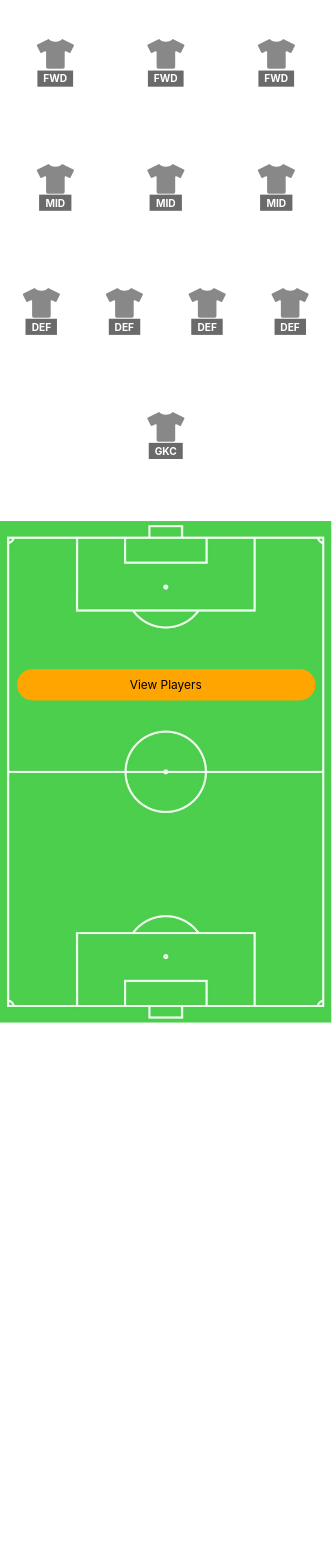
Repository: JavaidAhmadKhan/UEFA
Screen: /
These files come from the project's save history. The screen is drawn as it stood at one moment and after a run of saves; the edit follows.
The pictures are shown at 85% of full size.
The app was drawn by React Native's web renderer in a window 390 px wide. The project was rebuilt for these pictures with package versions that can differ from the ones it lists, and the page was loaded fresh each time. Some packages were replaced by stand-ins written for this rebuild.

Above is the screen before, as saved 2021-07-07 11:56:28.

### App.tsx
import "react-native-gesture-handler";
import { StatusBar } from "expo-status-bar";
import React from "react";
import { SafeAreaProvider } from "react-native-safe-area-context";

import useCachedResources from "./hooks/useCachedResources";
import useColorScheme from "./hooks/useColorScheme";
import TabOneScreen from "./screens/TabOneScreen";

export default function App() {
  const isLoadingComplete = useCachedResources();
  const colorScheme = useColorScheme();

  if (!isLoadingComplete) {
    return null;
  } else {
    return (
      <SafeAreaProvider>
        <TabOneScreen />

        <StatusBar />
      </SafeAreaProvider>
    );
  }
}

### screens/TabOneScreen.tsx
import * as React from "react";
import {
  StyleSheet,
  SafeAreaView,
  Platform,
  Pressable,
  Text,
} from "react-native";

import Field from "../components/Field";
import TeamStats from "../components/TeamStats";

export default function TabOneScreen() {
  const viewPlayers = () => {
    console.warn("View Player");
  };

  return (
    <SafeAreaView style={styles.container}>
      <Field />
      <Pressable onPress={viewPlayers} style={styles.buttonContainer}>
        <Text>View Players</Text>
      </Pressable>
    </SafeAreaView>
  );
}

const styles = StyleSheet.create({
  container: {
    flex: 1,
    alignItems: "center",
    paddingTop: Platform.OS === "android" ? 30 : 0,
  },
  buttonContainer: {
    backgroundColor: "orange",
    width: "90%",
    margin: 20,
    padding: 10,
    alignItems: "center",
    borderRadius: 50,
    marginTop: "auto",
  },
});

### components/Field.tsx
import React from "react";
import {
  StyleSheet,
  ImageBackground,
  SafeAreaView,
  Platform,
  Text,
  View,
} from "react-native";

import field from "../assets/images/field.jpg";
import FieldPlayer from "./FieldPlayer";

const players: { [key: string]: null[] } = {
  FWD: [null, null, null],
  MID: [null, null, null],
  DEF: [null, null, null, null],
  GKC: [null],
};

const Field = () => {
  return (
    <ImageBackground
      source={field}
      resizeMode="contain"
      style={{
        width: "100%",
        aspectRatio: 2 / 3,
        justifyContent: "space-around",
        alignItems: "center",
      }}
    >
      {Object.keys(players).map((position) => (
        <View
          style={{
            flexDirection: "row",
            justifyContent: "space-around",
            width: "100%",
          }}
        >
          {players[position].map((player) => (
            <FieldPlayer player={player} position={position} />
          ))}
        </View>
      ))}
    </ImageBackground>
  );
};

export default Field;

### components/FieldPlayer.tsx
import React from "react";
import { View, Text } from "react-native";
import { FontAwesome5 } from "@expo/vector-icons";

type FieldPlayerProps = {
  player: null;
  position: string;
};

const FieldPlayer = (props: FieldPlayerProps) => {
  const { player, position } = props;

  return (
    <View style={{ alignItems: "center" }}>
      <FontAwesome5
        name="tshirt"
        size={35}
        color={player ? "#d170db" : "#5c5c5cbb"}
      />
      <Text
        style={{
          backgroundColor: "#333333bb",
          color: "white",
          fontWeight: "bold",
          fontSize: 12,
          padding: 2,
          paddingHorizontal: 7,
        }}
      >
        {position}
      </Text>
    </View>
  );
};

export default FieldPlayer;

### components/TeamStats.tsx
import React from "react";
import { View, Text } from "react-native";

const TeamStats = () => {
  return (
    <View>
      <Text>Team Stats</Text>
    </View>
  );
};

export default TeamStats;

Loaded but not shown: hooks/useCachedResources.ts (common file); hooks/useColorScheme.ts (common file)

After the next 2 saves:
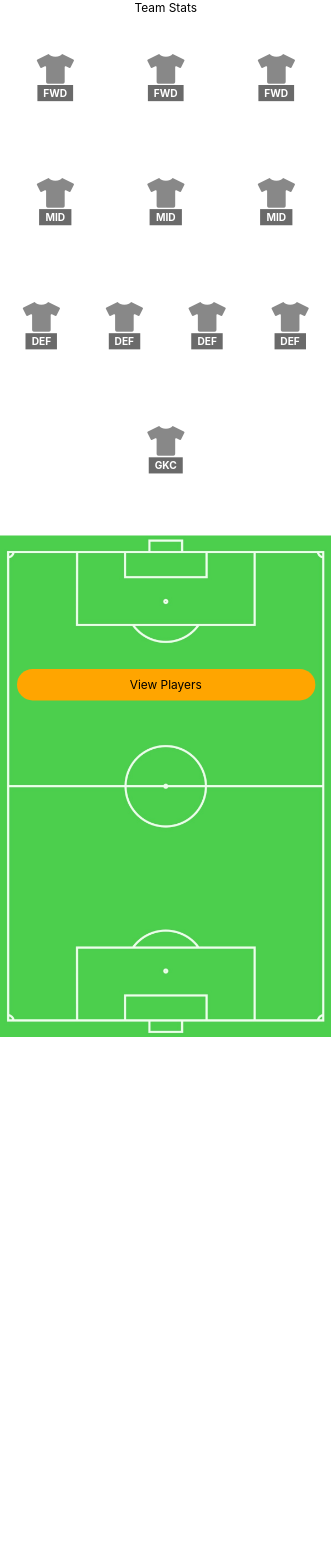
The 2 saves are shown as one change because they came seconds apart.
The last was saved 19 s later.
--- a/screens/TabOneScreen.tsx
+++ b/screens/TabOneScreen.tsx
@@ -17,6 +17,7 @@ export default function TabOneScreen() {
 
   return (
     <SafeAreaView style={styles.container}>
+      <TeamStats />
       <Field />
       <Pressable onPress={viewPlayers} style={styles.buttonContainer}>
         <Text>View Players</Text>
